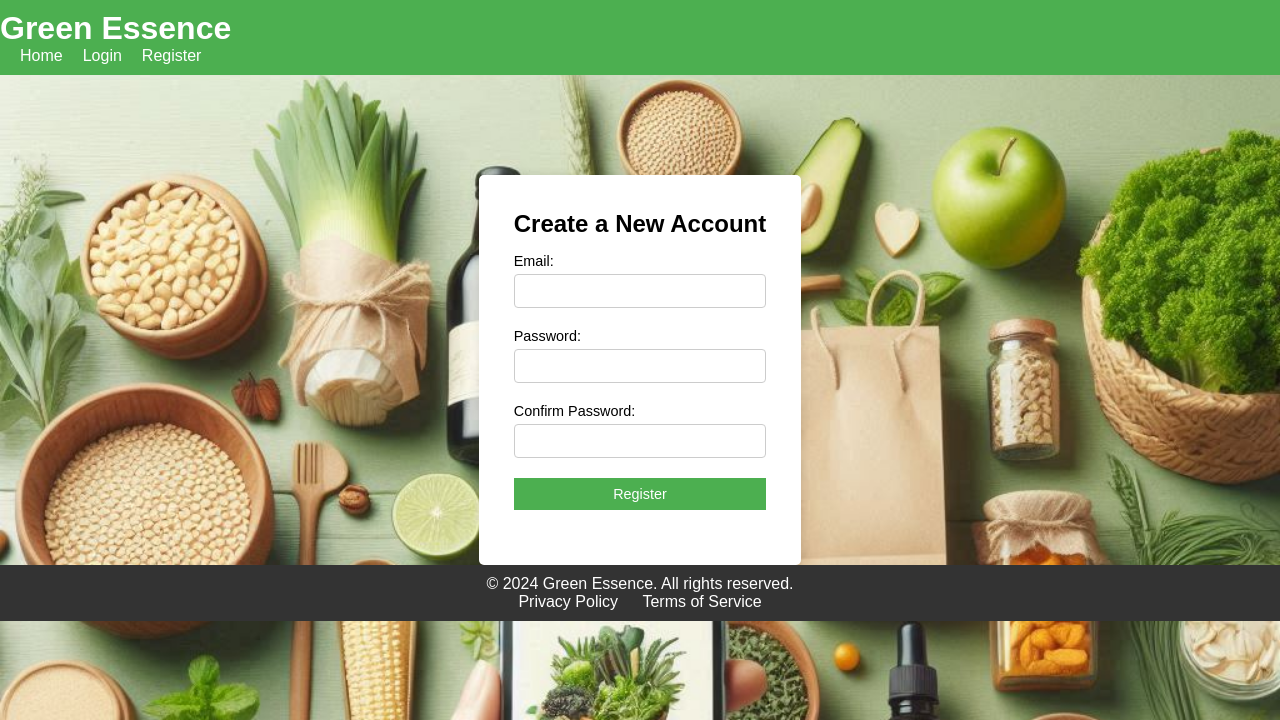
Repository: niki3210/Sahyadri
Page: Projectorganic/Register.html
These files come from the project's save history. The page is drawn as it stood at one moment and after the next save; the edit follows.
The browser window is 1280 px wide. The pictures show the whole page.

Above is the page before, as saved 2024-06-21 14:34:25.
Not found: Projectorganic/script.js

After the next save:
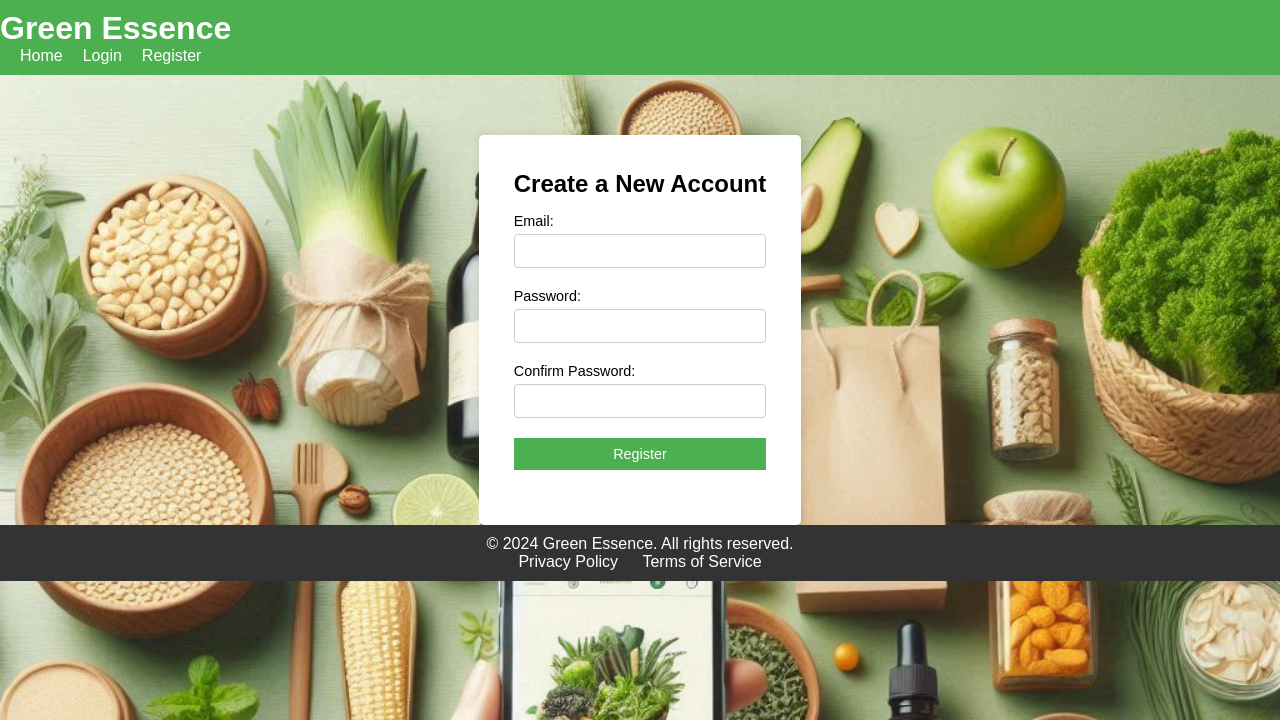
Saved 12 s later.
--- a/Projectorganic/styles.css
+++ b/Projectorganic/styles.css
@@ -125,7 +125,7 @@
     border-radius: 5px;
     box-shadow: 0 0 10px rgba(0, 0, 0, 0.1);
     flex: 1; /* Use flex: 1 to push footer to the bottom */
-    margin-top: 100px;
+    margin-top: 60px;
     padding: 20px;
 }
 

After the save that followed:
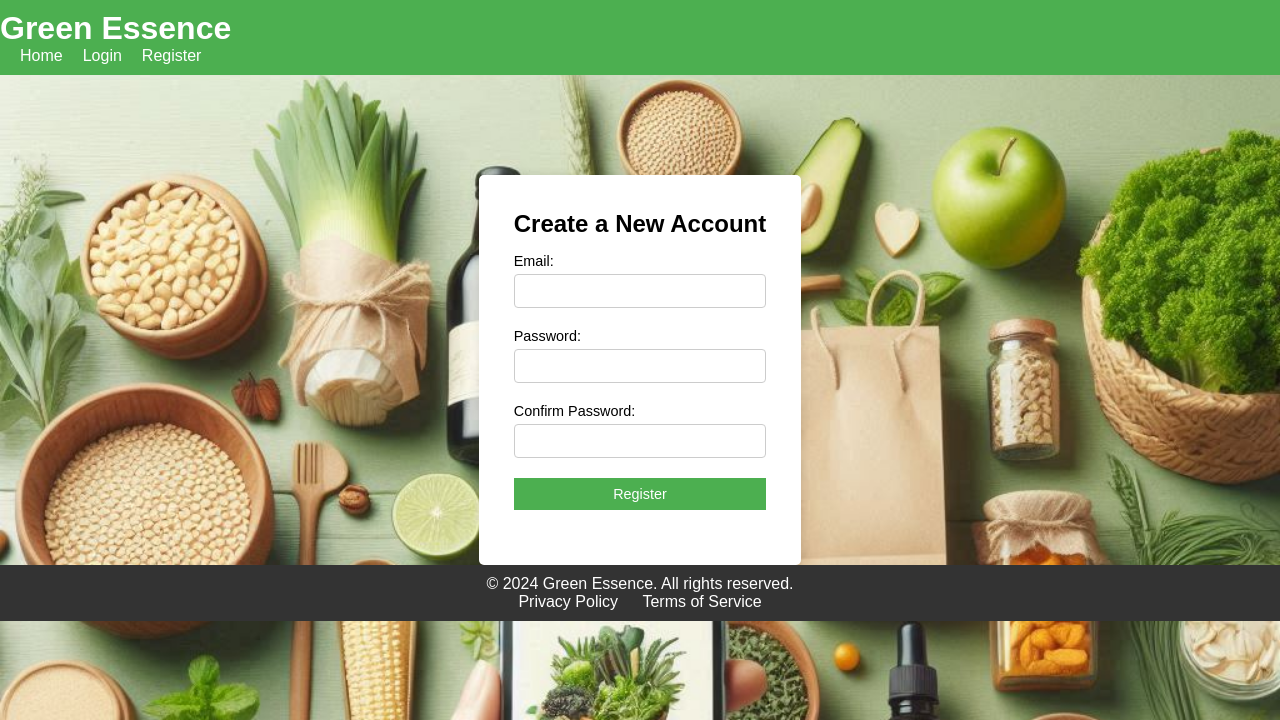
Saved 14 s later.
--- a/Projectorganic/styles.css
+++ b/Projectorganic/styles.css
@@ -125,7 +125,7 @@
     border-radius: 5px;
     box-shadow: 0 0 10px rgba(0, 0, 0, 0.1);
     flex: 1; /* Use flex: 1 to push footer to the bottom */
-    margin-top: 60px;
+    margin-top: 100px;
     padding: 20px;
 }
 
